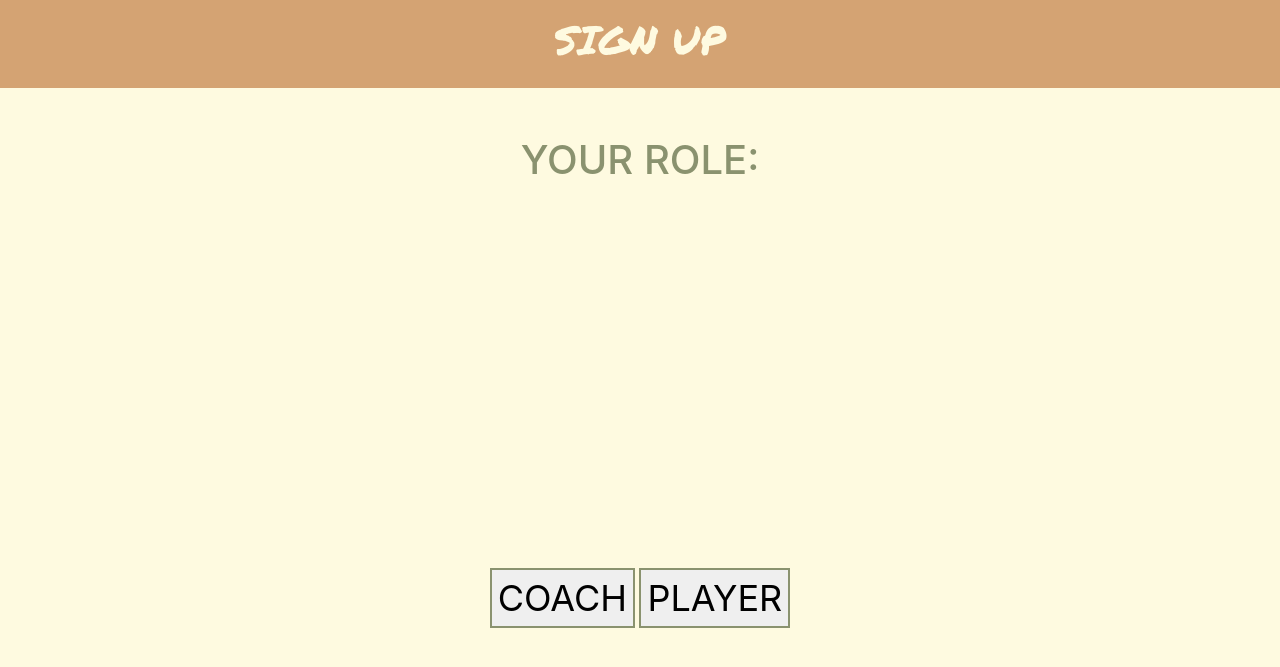
Repository: Aryaholmukhe/treasureHacks
Page: http://localhost/signup
The author's editor kept a copy of each file at every save. The page is drawn from the files as they stood at one save, then again after the next save.
The browser window is 1280 px wide. The pictures show the whole page.
The page is served by the project's Node server (server.js).

Above is the page before, as saved 2022-03-27 00:28:56.

After the next save:
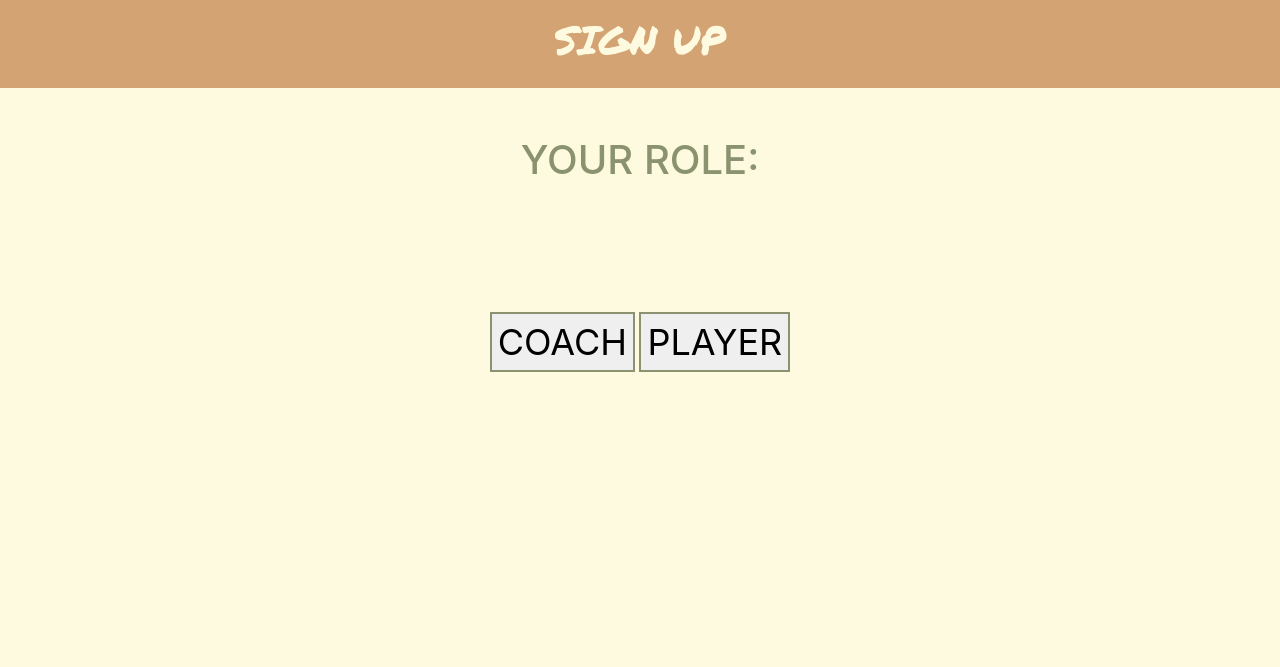
Saved 44 s later.
--- a/views/signup/signup.ejs
+++ b/views/signup/signup.ejs
@@ -19,7 +19,7 @@
 
     <h1 class="text-center mt-5" style="color: #8A926F">YOUR ROLE:</h1>
 
-    <div class="text-center" style="margin-top: 30%">
+    <div class="text-center" style="margin-top: 10%">
     <a href="./coach" ><button style="font-size: 36px; border: 2px solid #8A926F" name="coach">COACH</button></a>
     <a  href="./player"><button style="font-size: 36px; border: 2px solid #8A926F" name="player">PLAYER</button></a>
     </div>
